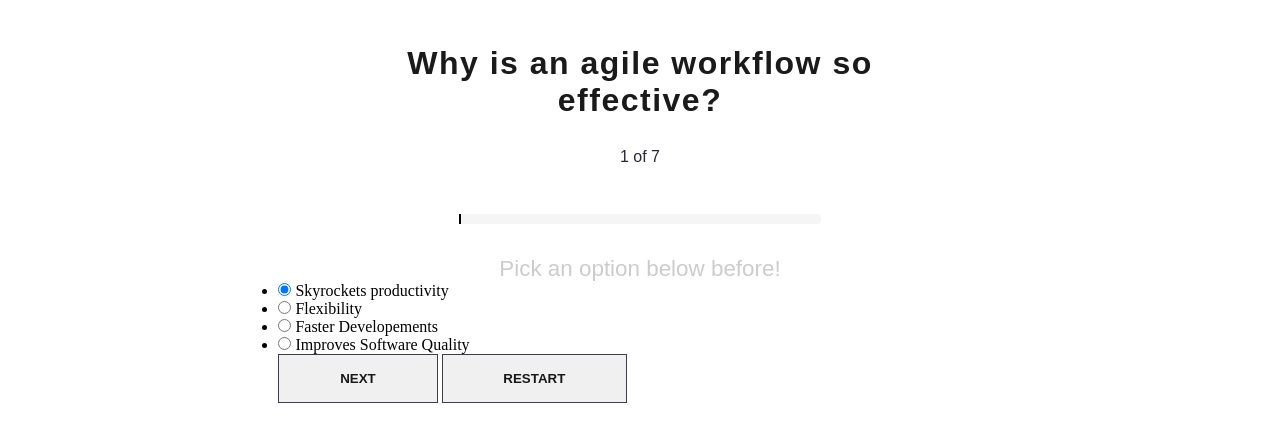
Repository: mukiSabljakovic/Quiz-APP
Page: index.html
These files come from the project's save history. The page is drawn as it stood at one moment and after the next save; the edit follows.
The browser window is 1280 px wide. The pictures show the whole page.
Some web fonts or font styles are not loaded; a fallback is used.

Above is the page before, as saved 2020-05-01 12:01:51.

After the next save:
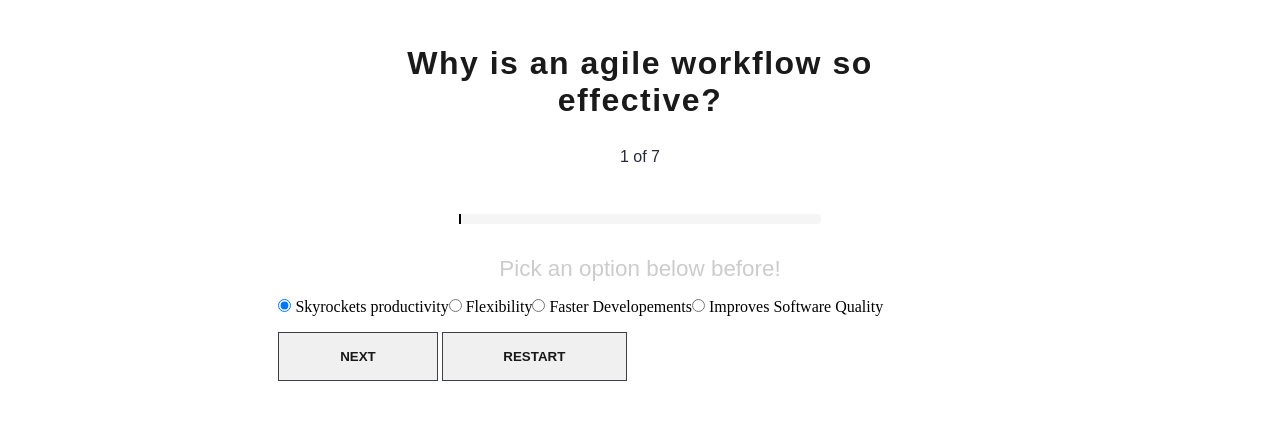
Saved 62 s later.
--- a/css/style.css
+++ b/css/style.css
@@ -87,3 +87,13 @@
     background-color: var(--main-theme-color);
     border-right: 2px solid black;
 }
+
+.jabquiz__choices-box {
+
+}
+
+.jabquiz__choices {
+    list-style-type: none;
+    margin: 1rem auto;
+    display: flex;
+}
